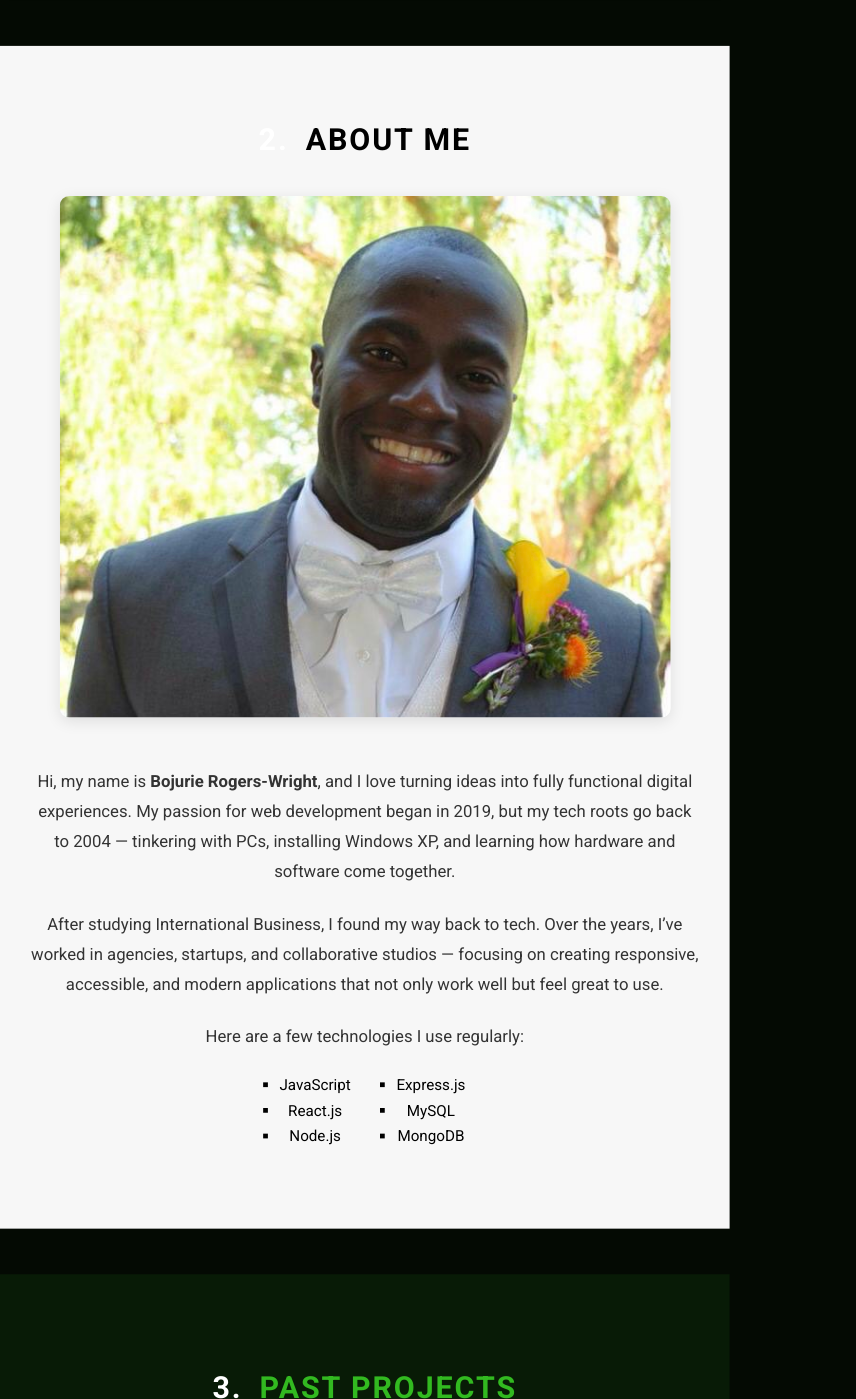
Repository: Bojurie/Portfolio_2022
Page: /
An editor plug-in stored every save of this project. The page is shown before and after the next save, followed by the edit.
The browser window is 768 px wide. The page is 901 px wide, so the pictures cover 901 px, including what lies to the right of the window. The pictures show the part of the page from y = 394 to 1867 px (the page is 5964 px tall before and 5893 px after), at 95% of full size.
Pictures or frames that could not be fetched are drawn as grey boxes. The project was rebuilt for these pictures with package versions that can differ from the ones it lists, and the page was loaded fresh each time. Also part of the build but not shown: src/component/pages/Resume.css, src/component/pages/Resume.js. Imported but missing from the stored project, and not drawn on this page: src/component/Resume.pdf, src/component/images/video.mp4, src/component/videos/Screen Recording 2022-04-01 at 8.22.57 PM.mov, src/component/videos/Screen Recording 2022-04-01 at 8.23.25 PM.mov, src/component/videos/Screen Recording 2022-04-01 at 8.25.20 PM.mov, src/component/videos/Screen Recording 2022-04-01 at 8.27.28 PM.mov, src/component/videos/Screen Recording 2022-04-01 at 8.28.35 PM.mov, src/component/videos/Screen Recording 2022-04-01 at 8.30.37 PM.mov and 3 more.

Above is the page before, as saved 2025-04-21 02:00:36.

After the next save:
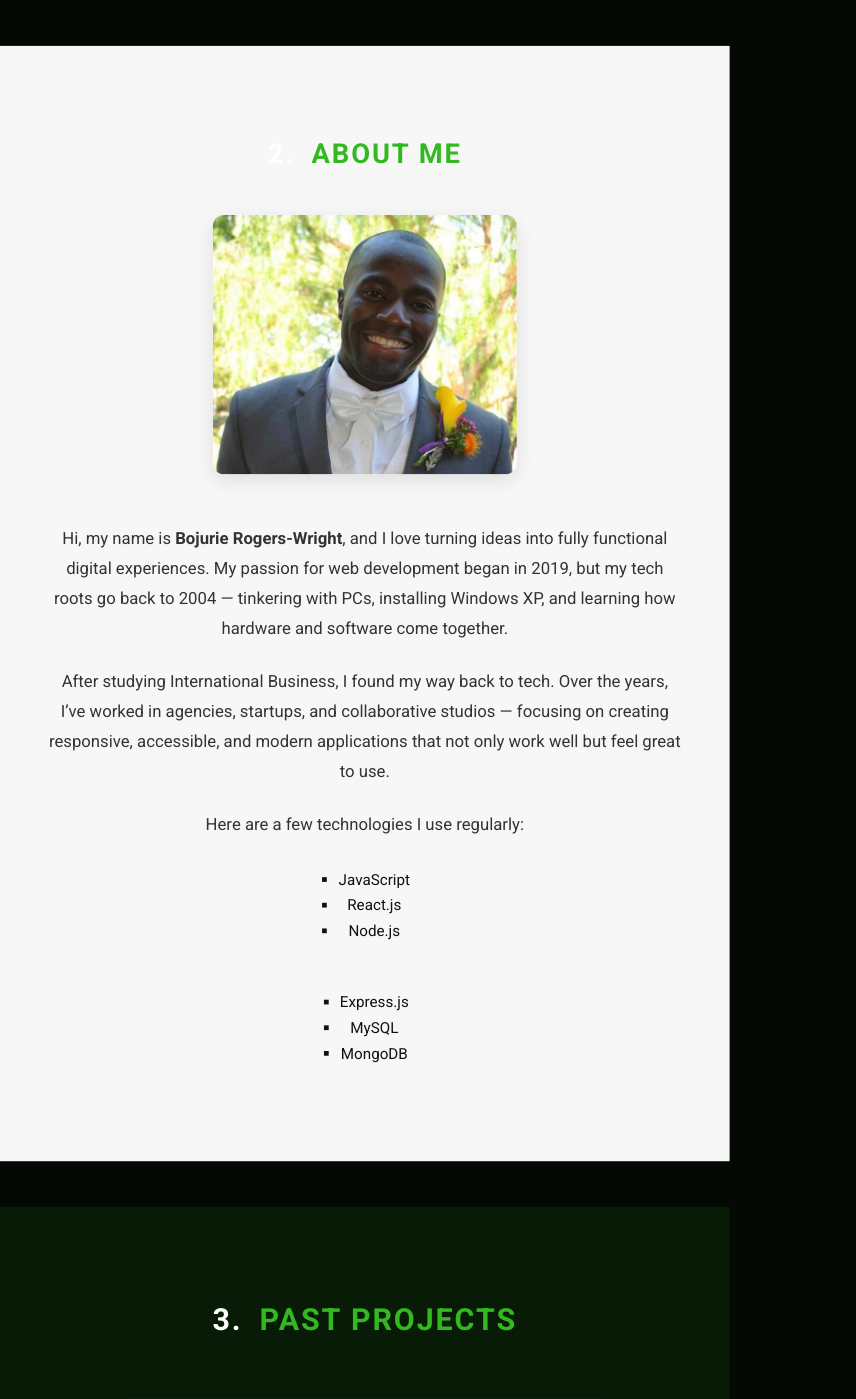
Saved 18 s later.
--- a/src/component/pages/About.css
+++ b/src/component/pages/About.css
@@ -1,6 +1,7 @@
 .about-section {
   background-color: #f7f7f7;
-  padding: 5rem 2rem;
+  padding: 6rem 2rem;
+  color: #111;
 }
 
 .about-container {
@@ -9,34 +10,38 @@
 }
 
 .about-title {
-  font-size: 2rem;
+  font-size: 2.2rem;
   font-weight: bold;
-  margin-bottom: 2.5rem;
-  text-align: left;
+  margin-bottom: 3rem;
+  text-align: center;
+  color: #32b920;
 }
 
 .highlighted {
-  color: #32b920;
+  color: #000;
   margin-right: 0.5rem;
 }
 
 .about-content {
   display: flex;
-  align-items: flex-start;
   gap: 3rem;
   flex-wrap: wrap;
+  justify-content: center;
+  align-items: flex-start;
 }
 
 .about-image img {
-  max-width: 300px;
-  border-radius: 10px;
+  width: 100%;
+  max-width: 320px;
+  border-radius: 12px;
   object-fit: cover;
-  box-shadow: 0 4px 16px rgba(0, 0, 0, 0.1);
+  box-shadow: 0 6px 20px rgba(0, 0, 0, 0.1);
 }
 
 .about-text {
   flex: 1;
   min-width: 280px;
+  max-width: 700px;
 }
 
 .about-text p {
@@ -48,13 +53,14 @@
 
 .about-skills {
   display: flex;
-  gap: 2rem;
-  margin-top: 1rem;
+  gap: 3rem;
+  margin-top: 2rem;
+  justify-content: start;
 }
 
 .about-skills ul {
   list-style-type: square;
-  padding-left: 1rem;
+  padding-left: 1.25rem;
 }
 
 .about-skills li {
@@ -62,26 +68,24 @@
   margin-bottom: 0.5rem;
 }
 
-/* Responsive */
+/* Responsive Styles */
 @media screen and (max-width: 768px) {
+  .about-title {
+    font-size: 1.8rem;
+  }
+
   .about-content {
+    flex-direction: column;
+    align-items: center;
+    text-align: center;
+  }
+
+  .about-skills {
     flex-direction: column;
     align-items: center;
   }
 
-  .about-image img {
-    max-width: 100%;
-  }
-
-  .about-title {
-    text-align: center;
-  }
-
   .about-text {
-    text-align: center;
-  }
-
-  .about-skills {
-    justify-content: center;
+    padding: 0 1rem;
   }
 }

After the save that followed:
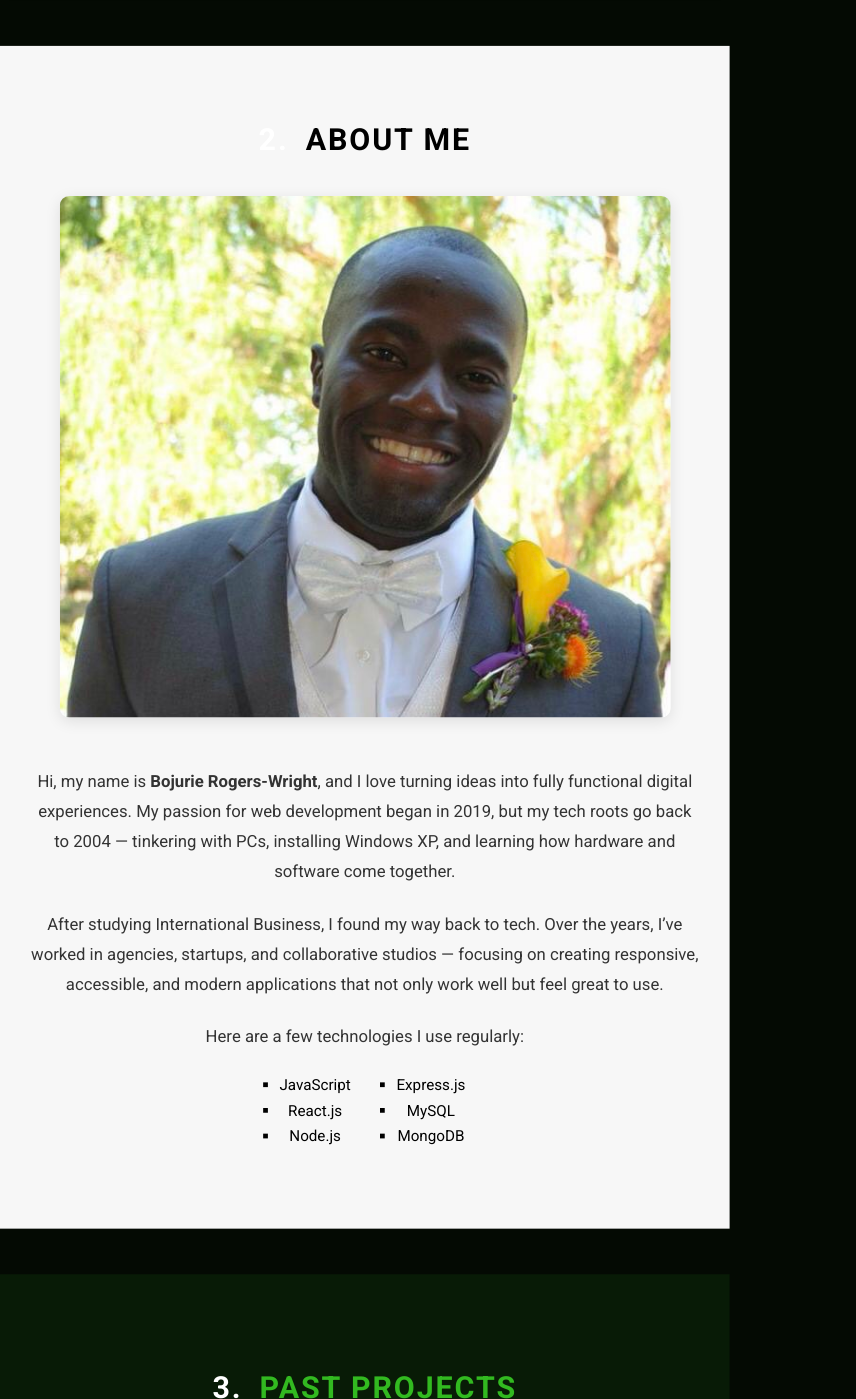
Saved 45 s later.
--- a/src/component/pages/About.css
+++ b/src/component/pages/About.css
@@ -1,7 +1,6 @@
 .about-section {
   background-color: #f7f7f7;
-  padding: 6rem 2rem;
-  color: #111;
+  padding: 5rem 2rem;
 }
 
 .about-container {
@@ -10,38 +9,34 @@
 }
 
 .about-title {
-  font-size: 2.2rem;
+  font-size: 2rem;
   font-weight: bold;
-  margin-bottom: 3rem;
-  text-align: center;
-  color: #32b920;
+  margin-bottom: 2.5rem;
+  text-align: left;
 }
 
 .highlighted {
-  color: #000;
+  color: #32b920;
   margin-right: 0.5rem;
 }
 
 .about-content {
   display: flex;
+  align-items: flex-start;
   gap: 3rem;
   flex-wrap: wrap;
-  justify-content: center;
-  align-items: flex-start;
 }
 
 .about-image img {
-  width: 100%;
-  max-width: 320px;
-  border-radius: 12px;
+  max-width: 300px;
+  border-radius: 10px;
   object-fit: cover;
-  box-shadow: 0 6px 20px rgba(0, 0, 0, 0.1);
+  box-shadow: 0 4px 16px rgba(0, 0, 0, 0.1);
 }
 
 .about-text {
   flex: 1;
   min-width: 280px;
-  max-width: 700px;
 }
 
 .about-text p {
@@ -53,14 +48,13 @@
 
 .about-skills {
   display: flex;
-  gap: 3rem;
-  margin-top: 2rem;
-  justify-content: start;
+  gap: 2rem;
+  margin-top: 1rem;
 }
 
 .about-skills ul {
   list-style-type: square;
-  padding-left: 1.25rem;
+  padding-left: 1rem;
 }
 
 .about-skills li {
@@ -68,24 +62,26 @@
   margin-bottom: 0.5rem;
 }
 
-/* Responsive Styles */
+/* Responsive */
 @media screen and (max-width: 768px) {
-  .about-title {
-    font-size: 1.8rem;
-  }
-
   .about-content {
     flex-direction: column;
     align-items: center;
+  }
+
+  .about-image img {
+    max-width: 100%;
+  }
+
+  .about-title {
+    text-align: center;
+  }
+
+  .about-text {
     text-align: center;
   }
 
   .about-skills {
-    flex-direction: column;
-    align-items: center;
-  }
-
-  .about-text {
-    padding: 0 1rem;
+    justify-content: center;
   }
 }
